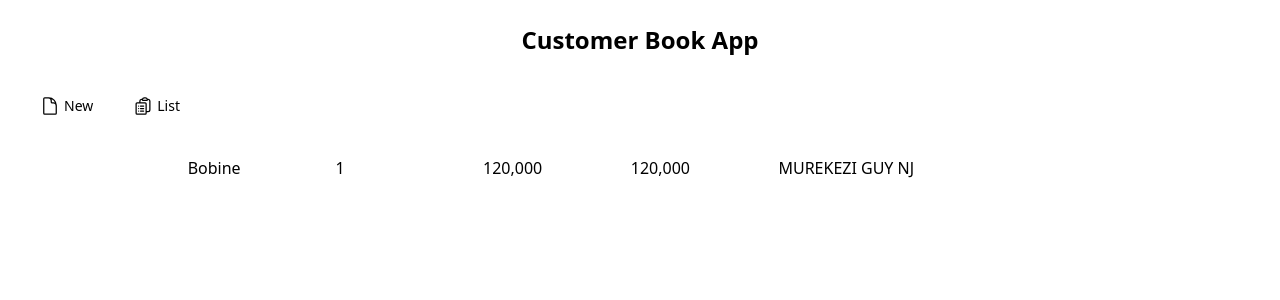
Repository: higirobruce/customerbookapp
Page: /
The author's editor kept a copy of each file at every save. The page is drawn from the files as they stood at one save, then again after the next save.
The browser window is 1280 px wide. The pictures show the whole page.
The project was rebuilt for these pictures with package versions that can differ from the ones it lists, and the page was loaded fresh each time. The framework's server and built-in components were replaced by stand-ins that run in the browser. Also part of the build but not shown: next.config.js, components/layout/sidebar.js.

Above is the page before, as saved 2022-11-24 16:45:45.

After the next save:
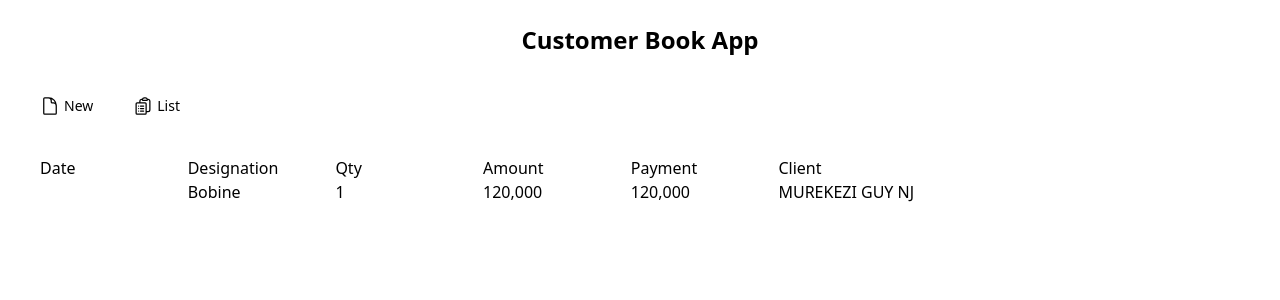
Saved 67 s later.
--- a/components/common/records.js
+++ b/components/common/records.js
@@ -4,6 +4,14 @@ export default function RecordsTable({data}) {
 
   return (
     <div>
+        <div className='grid grid-cols-6 gap-3'>
+                <div>Date</div>
+                <div>Designation</div>
+                <div>Qty</div>
+                <div>Amount</div>
+                <div>Payment</div>
+                <div>Client</div>
+            </div>
         {data.map($=>{
             return <div className='grid grid-cols-6 gap-3'>
                 <div>{$.date}</div>
